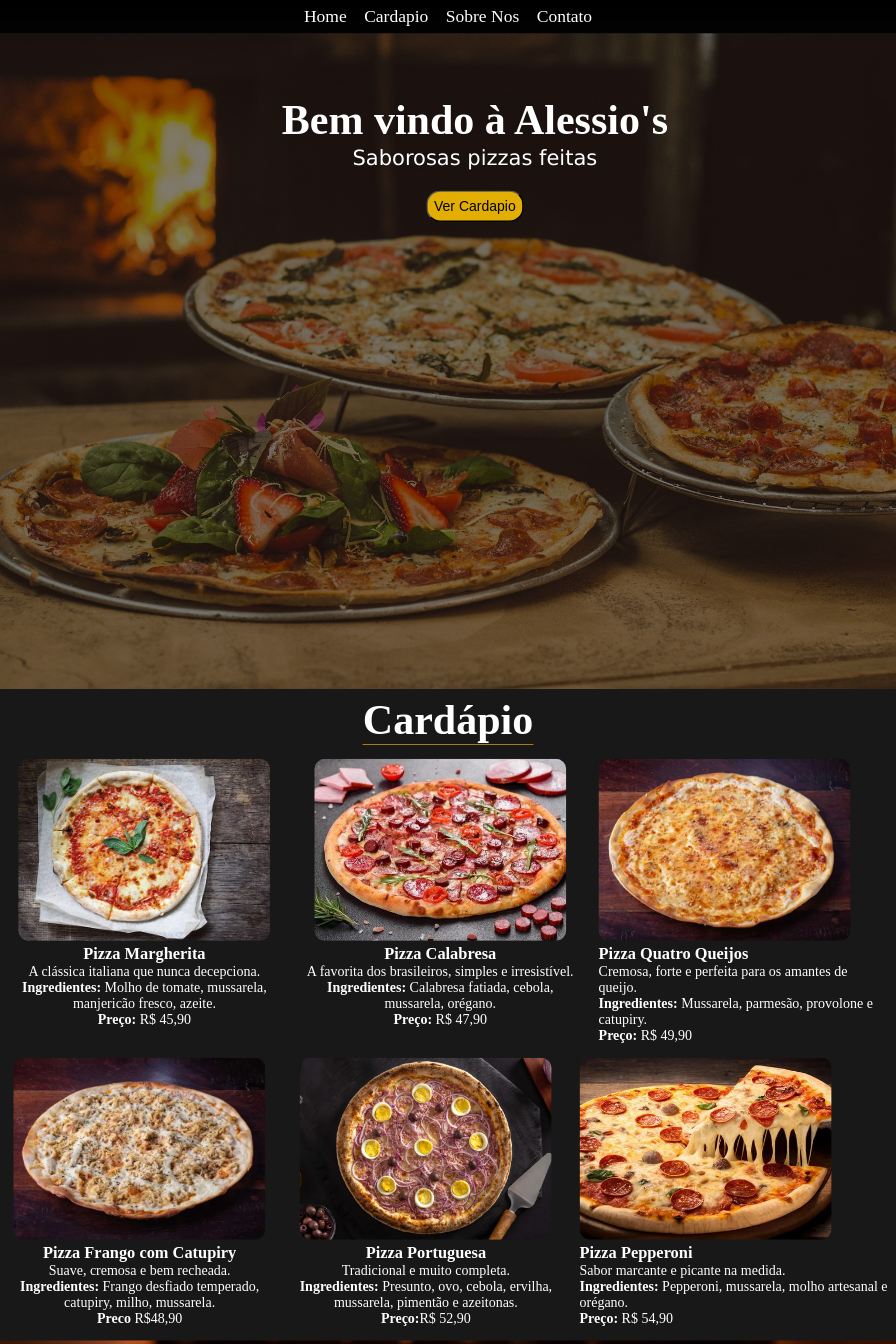
Repository: Mateushlp/landing-page-pizza
Page: index.html
These files come from the project's save history. The page is drawn as it stood at one moment and after a run of saves; the edit follows.
The browser window is 1280 px wide. The pictures show the part of the page from y = 0 to 1920 px (the page is 2788 px tall), at 70% of full size.

Above is the page before, as saved 2026-05-03 11:13:04.

After the next 2 saves:
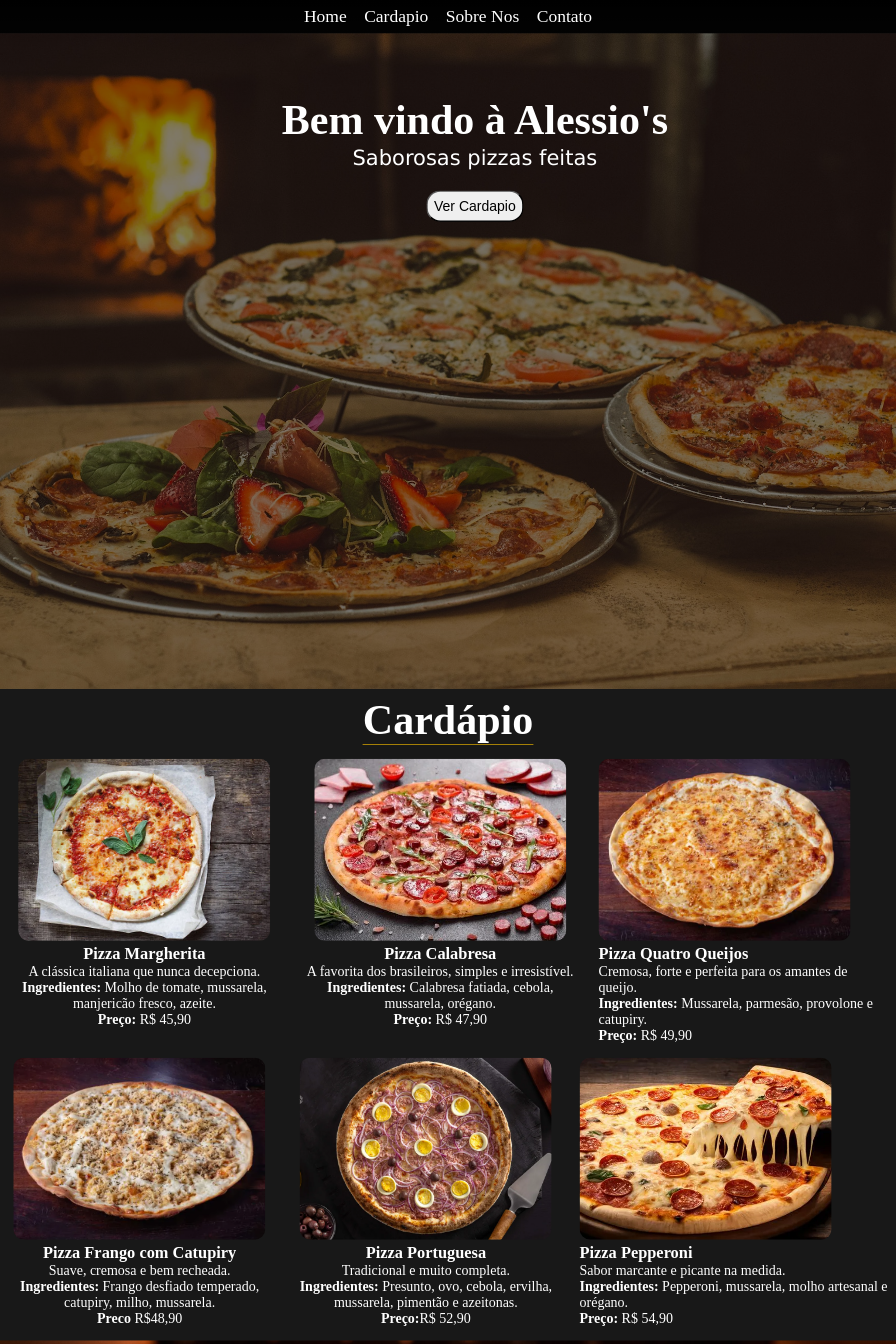
The 2 saves are shown as one change because they came seconds apart.
The last was saved 36 s later.
--- a/style.css
+++ b/style.css
@@ -54,6 +54,7 @@
 
 }
 .btn1{
+    font-family:
  background-color: #e2ae01;
  border-radius: 20px;
  font-size: 20px;

After the 3 saves that followed:
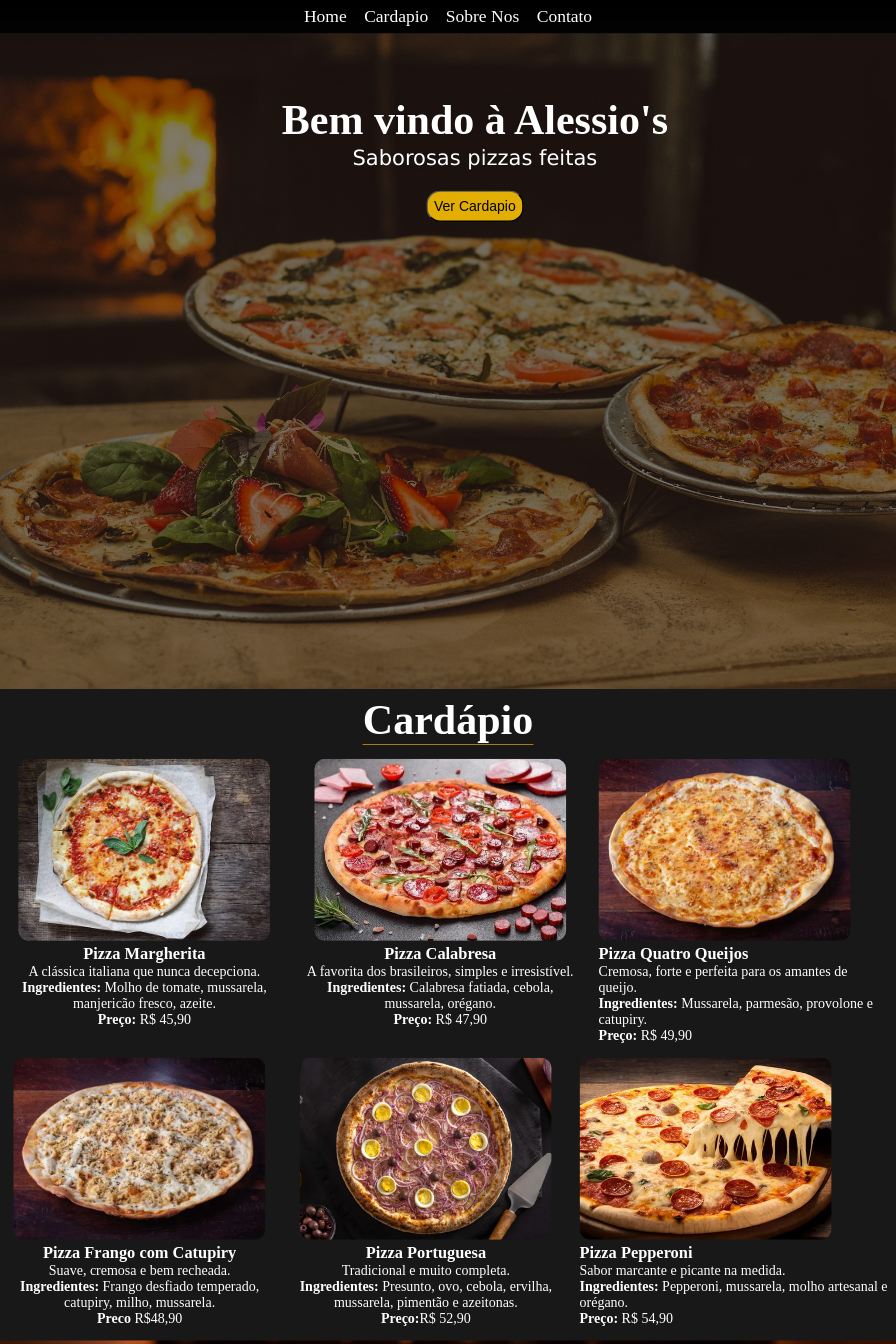
The 3 saves are shown as one change because they came seconds apart.
The last was saved 83 s later.
--- a/style.css
+++ b/style.css
@@ -54,7 +54,6 @@
 
 }
 .btn1{
-    font-family:
  background-color: #e2ae01;
  border-radius: 20px;
  font-size: 20px;
